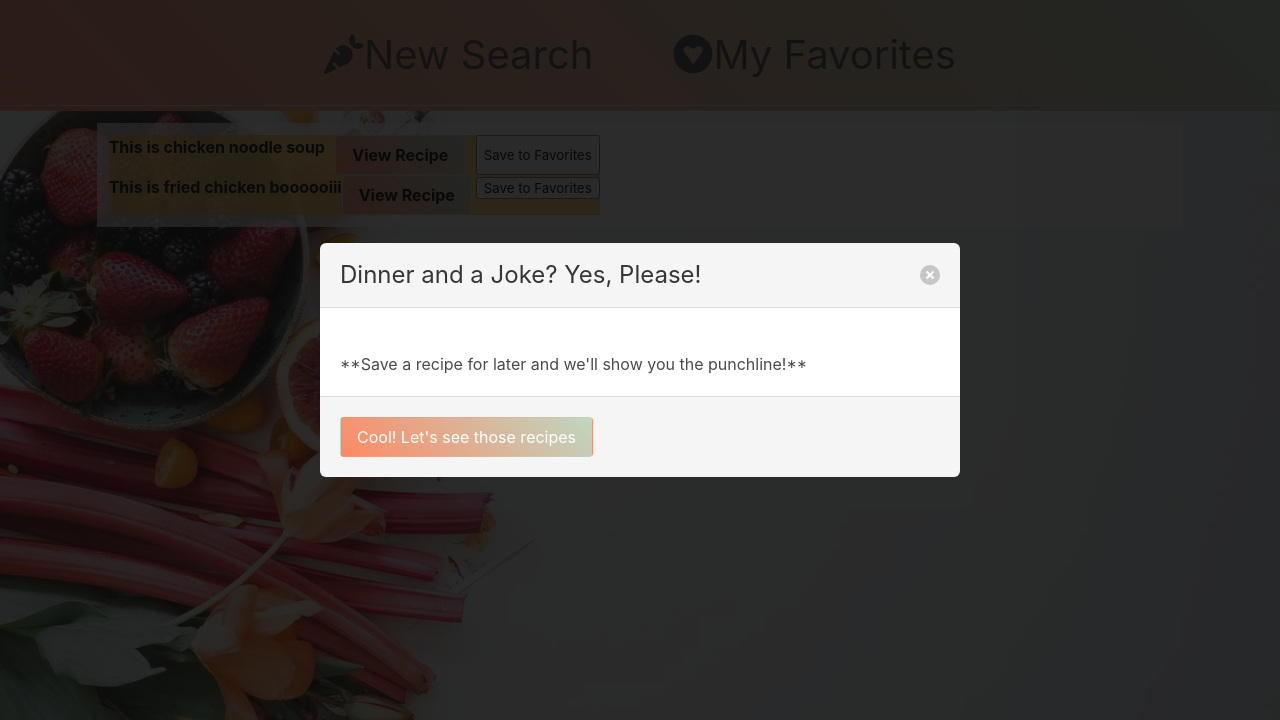
Repository: puakehaulani/the-hungry-app-proj1
Page: results.html
These files come from the project's save history. The page is drawn as it stood at one moment and after the next save; the edit follows.
The browser window is 1280 px wide. The pictures show the window.
The page's requests for data from a server got no answer. A layer covers the whole window, so only the first screen is drawn. Some web libraries are served in a nearby version.

Above is the page before, as saved 2020-10-17 12:43:55.

### results.html
<!DOCTYPE html>
<html lang="en">

<head>
    <meta charset="UTF-8">
    <meta name="viewport" content="width=device-width, initial-scale=1.0">
    <title>Results</title>
    <!-- reset css -->
    <link rel="stylesheet" href="assets/style/reset.css">
    <!-- bulma cdn -->
    <link rel="stylesheet" href="https://cdnjs.cloudflare.com/ajax/libs/bulma/0.9.1/css/bulma.min.css">
    <!-- project css style sheet -->
    <link rel="stylesheet" href="assets/style/style.css">
</head>

<body>
    <nav class="tabs is-centered is-size-5-mobile is-size-3-tablet is-size-2-widescreen" role="navigation" aria-label="main navigation">
        <ul>
            <li>
                <!-- search new item link  -->
                <a href="index.html">
                    <span><i class="fas fa-carrot"></i></span>
                    <span>New Search</span>
                </a>
            </li>
            <li>
                <!-- link to favorites page on the left -->
                <a href="favorites.html">
                    <span><i class="fab fa-gratipay"></i></span>
                    <span>My Favorites</span>
                </a>
            </li>
        </ul>
    </nav>
    <div class="columns">
        <div class="column is-offset-1 is-10" id="resultsContentContainer">
            <ul id="display">
                <li>
                    This is chicken noodle soup
                    <a href="" class="button is-inverted is-outlined">View Recipe</a>
                    <button class="saveBtn is-inverted is-outlined">Save to Favorites</button>
                </li>
                <li>
                    This is fried chicken boooooiii
                    <div>
                        <a href="" class="button is-inverted is-outlined">View Recipe</a>
                        <button class="saveBtn is-inverted is-outlined">Save to Favorites</button>
                    </div>
                </li>
            </ul>
        </div>
    </div>


    <!-- bulma fontawesome -->
    <script defer src="https://use.fontawesome.com/releases/v5.14.0/js/all.js"></script>
    <!-- jquery cdn -->
    <script src="https://code.jquery.com/jquery-3.5.1.min.js"
        integrity="sha256-9/aliU8dGd2tb6OSsuzixeV4y/faTqgFtohetphbbj0=" crossorigin="anonymous"></script>
    <!-- Our JS -->
    <script src="assets/script/results.js"></script>


    <!-- // all code below is for the modal /// -->
    <div class="modal is-active" id="test">
        <div class="modal-background"></div>
        <div class="modal-card">
            <header class="modal-card-head">
                <p class="modal-card-title">Dinner and a Joke? Yes, Please!</p>
                <button class="delete" aria-label="close"></button>
            </header>
            <section class="modal-card-body">
                <h1 id="setup"></h1>
                <br>
                <h3>**Save a recipe for later and we'll show you the punchline!**</h3>
            </section>
            <footer class="modal-card-foot">
                <button class="button is-success" id="showjokesetup">
                    Cool! Let's see those recipes
                </button>
            </footer>
        </div>
    </div>

    <!-- // all code ABOVE is for the modal /// -->
    <!--punchline modal below-->
    <div class="modal" id="punch">
        <div class="modal-background"></div>
        <div class="modal-card">
            <header class="modal-card-head">
                <p class="modal-card-title">Favorite saved! Here's your punchline:</p>
                <button class="delete" aria-label="close"></button>
            </header>
            <section class="modal-card-body">
                <h1 id="punchline"></h1>
            </section>
            <footer class="modal-card-foot">
                <button class="button is-success" id="closepunchline">
                    wow that was hilarious!
                </button>
            </footer>
        </div>
    </div>


</body>

</html>

### assets/style/style.css

html{
    background-image: url(images/foodOnSIde.jpg);
    background-size: cover;
    min-height: 800px;
    background-repeat: no-repeat;
}

.tabs{
    background-image: linear-gradient(45deg, #FE8965, #BED7C1) ;
    padding-bottom: 5px;
    padding-top: 5px;
    color: black !important;
}


.button{
    background-image: linear-gradient(45deg, #FE8965, #BED7C1) ;
    color: black;
}

/* Elements only in index html */

#indexInstructions{
    background-color: rgb(236,75,70, .75);
}

#indexInstructions p{
    font-weight: bold;
    color: white;
}

#ingredientSearch{
    display: inline-block;
}

th{
    background-image: linear-gradient(45deg, #FE8965, #BED7C1) ;
    color: black !important;
}

#display { background-color: rgba(252, 177, 15, 0.55) ;
           color: black;
           float: left;
           }

/* Elements that only exist on results html*/
#resultsContentContainer{
    background-color: rgb(255, 255, 255, .7);
    color: rgb(76,75,75);
    font-weight: bolder;
    float: left;
}
#display li{
    display: flex;
    justify-content: space-between;
}
#resultsContentContainer{
    background-color: rgb(255, 255, 255, .7);
    color: rgb(76,75,75);
    font-weight: bolder;
    float: left;
}
#display li{
    display: flex;
    justify-content: space-between;
}






#favRecipes{
    min-height: 300px;
    color: black;
    background-color: rgb(256, 256, 256, .9);
    border-radius: 15px;
}

#favRecipes h1{
    background-image: linear-gradient(45deg, #FE8965, #BED7C1) ;
    border-radius: 10px;
}

#favJokes{
    min-height: 300px;
    color: black;
    background-color: rgb(256, 256, 256, .9);
    border-radius: 15px;
}

#favJokes h1{
    background-image: linear-gradient(45deg, #FE8965, #BED7C1) ;
    border-radius: 10px;
}

### assets/script/results.js
// -----GLOBAL VAR-----
// string of user input ingredients from local storage
let ingredientsString = localStorage.getItem("ingredients")
console.log(ingredientsString);

// -----build functions-----

// ---build ingredient endpoint function---
function buildIngredientsURL() {
    let ingredientsAPIURL = "https://api.spoonacular.com/recipes/findByIngredients?"
    let ingredientsParams = {
        //route to user input id for ingredients
        apiKey: "eb7473b82620444ab521e6fa290c08a3",
        //route to user input id for recipe type (query)
        ingredients: ingredientsString,
        // //route to user input id for number of results
        // number: "",
    };
    console.log(ingredientsAPIURL + $.param(ingredientsParams));
    return ingredientsAPIURL + $.param(ingredientsParams);
}


// show results function
function showResults(responseli) {
    // -----build recipe url-----
    let $display = $("#display");
    $display.empty();
    for (i = 0; i < 10; i++) {
        let li = $("<li>");
        let viewBtn = $("<a>");
        let saveBtn = $("<button>");
        li.text(responseli[i].title);
        viewBtn.text("View Recipe");
        viewBtn.attr("class", "button is-inverted is-outlined");
        viewBtn.attr("target", "_blank")
        saveBtn.text("Save to Favorites");
        saveBtn.attr("id", "saveBtn");
        saveBtn.attr("class", "is-inverted is-outlined");

        li.append(viewBtn);
        li.append(saveBtn);
        $display.append(li);

        let recipeId = responseli[i].id;
        console.log(recipeId);
        let recipeAPI = "https://api.spoonacular.com/recipes/" + recipeId + "/information?apiKey=eb7473b82620444ab521e6fa290c08a3&includeNutrition=false";
        // ajax call to get url for recipe, commented out to preserve quota
        $.ajax({
            url: recipeAPI,
            method: "GET",
        }).then(function (response) {
            console.log(response);
            let responseLink = response.sourceUrl;
            console.log(responseLink);
            li.attr("data-link", responseLink);
            viewBtn.attr("href", responseLink);
        })
    }
}


// https://official-joke-api.appspot.com/random_joke
// ----build URL function----

$(document).ready(function () {
    let queryURL = "https://official-joke-api.appspot.com/random_joke";
    $.ajax({
        url: queryURL,
        method: "GET"
    }).then(function (response) {
        console.log(response.setup);
        console.log(response.punchline);
        $("#setup").text(response.setup)
        $("#punchline").text(response.punchline)
        localStorage.setItem("punchline", response.punchline)
        localStorage.setItem("setup", response.setup)
    });

    // event listener and handling for a user that doesn't want to see joke
    $("#nojoke").on("click", function () {
        console.log("no")
    });


    let test = document.querySelector("#test");
    let showjokesetup = document.querySelector("#showjokesetup");
    console.log(showjokesetup);
    showjokesetup.addEventListener("click", function () {
        test.classList.toggle("is-active");
    })
});


// -----CALLS-----
let ingredientAPI = buildIngredientsURL();
//ajax call working, commented out to preserve quota
$.ajax({
    url: ingredientAPI,
    method: "GET",
}).then(function (response) {
    console.log(response);
    showResults(response);
    // click function for save btn, same format as for modal earlier //
    let punch = document.querySelector("#punch");
    let showpunchline = document.querySelector("#saveBtn");
    console.log("lexilog " + showpunchline);
    showpunchline.addEventListener("click", function () {
        punch.classList.toggle("is-active");
        console.log("lexilog2 " + localStorage.getItem("punchline"));
        $("#punchline").text(localStorage.getItem("punchline"));

        //these local storages needs work, this will currently just store one
        // localStorage.setItem("favetitle ", );
        // localStorage.setItem("favelink ", );
    })
    // click function to close modal
    let closepunchline = document.querySelector("#closepunchline");
    console.log("lexilogclose " + closepunchline);
    closepunchline.addEventListener("click", function () {
        punch.classList.toggle("is-active");
    })
})

Loaded but not shown: assets/style/reset.css (common file)

After the next save:
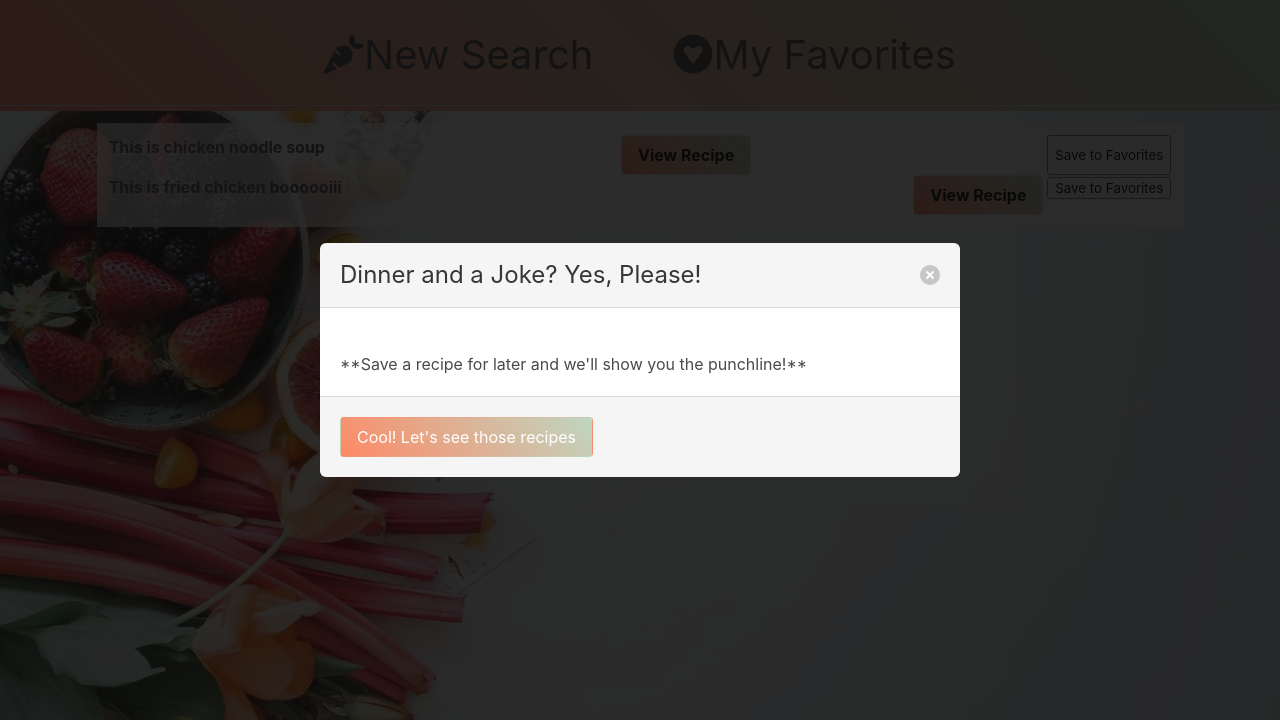
Saved 4 min 8 s later.
--- a/assets/style/style.css
+++ b/assets/style/style.css
@@ -39,10 +39,6 @@ th{
     color: black !important;
 }
 
-#display { background-color: rgba(252, 177, 15, 0.55) ;
-           color: black;
-           float: left;
-           }
 
 /* Elements that only exist on results html*/
 #resultsContentContainer{
